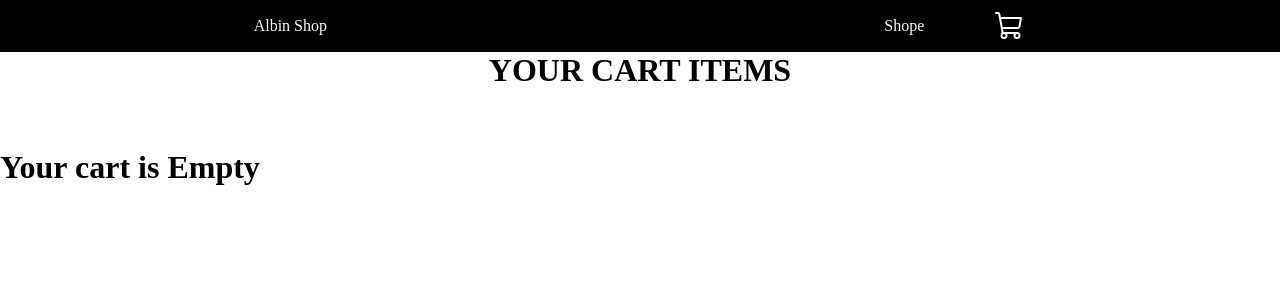
Repository: albinsabu2023/e-commerce-frontend
Page: /cart
The author's editor kept a copy of each file at every save. The page is drawn from the files as they stood at one save, then again after the next save.
The browser window is 1280 px wide. The pictures show the whole page.
The project was rebuilt for these pictures with package versions that can differ from the ones it lists, and the page was loaded fresh each time. Also part of the build but not shown: src/components/pages/Cart/CartItem.css, src/components/pages/Cart/CartCard.jsx, src/Product.css, src/components/Product.jsx, src/components/pages/Shop/Shop.css, src/components/pages/Shop/Shop.jsx.

Above is the page before, as saved 2024-02-11 01:22:39.

### public/index.html
<!DOCTYPE html>
<html lang="en">
  <head>
    <meta charset="utf-8" />
    <link rel="icon" href="%PUBLIC_URL%/favicon.ico" />
    <meta name="viewport" content="width=device-width, initial-scale=1" />
    <meta name="theme-color" content="#000000" />
    <meta
      name="description"
      content="Web site created using create-react-app"
    />
    <link rel="apple-touch-icon" href="%PUBLIC_URL%/logo192.png" />
    <!--
      manifest.json provides metadata used when your web app is installed on a
      user's mobile device or desktop. See https://developers.google.com/web/fundamentals/web-app-manifest/
    -->
    <link rel="manifest" href="%PUBLIC_URL%/manifest.json" />
    <!--
      Notice the use of %PUBLIC_URL% in the tags above.
      It will be replaced with the URL of the `public` folder during the build.
      Only files inside the `public` folder can be referenced from the HTML.

      Unlike "/favicon.ico" or "favicon.ico", "%PUBLIC_URL%/favicon.ico" will
      work correctly both with client-side routing and a non-root public URL.
      Learn how to configure a non-root public URL by running `npm run build`.
    -->
    <link rel="stylesheet" href="./index.css">
    <title>React App</title>
  </head>
  <body>
    <noscript>You need to enable JavaScript to run this app.</noscript>
    <div id="root"></div>
    <!--
      This HTML file is a template.
      If you open it directly in the browser, you will see an empty page.

      You can add webfonts, meta tags, or analytics to this file.
      The build step will place the bundled scripts into the <body> tag.

      To begin the development, run `npm start` or `yarn start`.
      To create a production bundle, use `npm run build` or `yarn build`.
    -->
  </body>
</html>

### src/App.js
import { BrowserRouter as Router, Routes, Route } from "react-router-dom";
import Navbar from "./components/Navbar";
import Cart from "./components/pages/Cart/Cart.jsx";
import Shop from "./components/pages/Shop/Shop.jsx";
import ShopContextProvider from "./context/ShopContext.jsx";
function App() {
  return (
    <div className="App">
      <ShopContextProvider>
        <Router>
          <Navbar className="navBar" />
          <Routes>
            <Route path="/" element={<Shop />} />
            <Route path="/cart" element={<Cart />} />
          </Routes>
        </Router>
      </ShopContextProvider>
    </div>
  );
}

export default App;

### src/components/Navbar.js
import React from "react";
import { Link } from "react-router-dom";
import { ShoppingCart } from "phosphor-react";
import "./NavBar.css";
function Navbar() {
  return (
    <div className="NavBar">
      <div lassName="shopName">
        <Link to="/">Albin Shop</Link>
      </div>

      <div className="navBarEnd">
        <Link to="/">Shope</Link>
        <Link to="/cart">
          <ShoppingCart size={32} />
        </Link>
      </div>
    </div>
  );
}

export default Navbar;

### src/components/pages/Cart/Cart.jsx
import React, { useContext } from "react";
import { PRODUCTS } from "../../../Products";
import { ShopContext } from "../../../context/ShopContext";
import CartCard from "./CartCard";
import "./Cart.css";
import { useNavigate } from "react-router-dom";
function Cart() {
  const { cartItems, getTotalCartAmount } = useContext(ShopContext);
  const tot = getTotalCartAmount();
  const navigate = useNavigate();
  return (
    <div className="cart">
      <div className="cartTitle">
        <h1>Your Cart Items</h1>
      </div>
      <div className="cartItems">
        {PRODUCTS.map((product) => {
          if (cartItems[product.id] !== 0) {
            return <CartCard data={product} />;
          }
        })}
      </div>
      {tot > 0 ? (
        <div className="checkout">
          <p>Total :${tot}</p>
          <button onClick={() => navigate("/")}>Countinue Shopping</button>
          <button>Check out</button>
        </div>
      ) : (
        <h1>Your cart is Empty</h1>
      )}
    </div>
  );
}

export default Cart;

### src/context/ShopContext.jsx
import React, { createContext, useState } from "react";

import { PRODUCTS } from "../Products";
export const ShopContext = createContext(null);
const getDefaultCart = () => {
  let cart = {};
  for (let i = 1; i < PRODUCTS.length + 1; i++) {
    cart[i] = 0;
  }

  return cart;
};

function ShopContextProvider(props) {
  const [cartItems, setCartItems] = useState(getDefaultCart());
  const addToCart = (itemId) => {
    setCartItems((prev) => ({
      ...prev,
      [itemId]: prev[itemId] + 1,
    }));
  };
  const removeFromCart = (itemId) => {
    setCartItems((prev) => ({ ...prev, [itemId]: prev[itemId] - 1 }));
  };
  const updateCartItemCount = (newAmount, itemId) => {
    setCartItems((prev) => ({ ...prev, [itemId]: newAmount }));
  };
  const getTotalCartAmount = () => {
    let tot = 0;
    for (const item in cartItems) {
      if (cartItems[item] > 0) {
        let ItemInfo = PRODUCTS.find((product) => product.id === Number(item));
        tot += cartItems[item] * ItemInfo.price;
      }
    }
    return tot;
  };
  const contextValue = {
    cartItems,
    addToCart,
    removeFromCart,
    updateCartItemCount,
    getTotalCartAmount,
  };

  return (
    <ShopContext.Provider value={contextValue}>
      {props.children}
    </ShopContext.Provider>
  );
}

export default ShopContextProvider;

### src/components/NavBar.css
.NavBar{
    background-color: black;
    padding: 10px;
    display: flex;
    align-items: center;
    justify-content: space-around;

}

.shopName{
    justify-self: flex-start;
}
.NavBar  a{
    display: flex;
    align-items: center;
    text-decoration: none;
    color: white;


}
.navBarEnd {
    display: flex;
}

.navBarEnd a{
    margin-left: 70px;
}

### src/Products.js
import p1 from "./assets/1.png";
import p2 from "./assets/2.png";
import p3 from "./assets/3.png";
import p4 from "./assets/4.png";
import p5 from "./assets/5.png";
import p6 from "./assets/6.webp";
import p7 from "./assets/7.webp";
import p8 from "./assets/8.webp";

export const PRODUCTS = [
  {
    id: 1,
    productName: "Iphone",
    price: 999,
    productImage: p1,
  },
  {
    id: 2,
    productName: "MacBook",
    price: 99901,
    productImage: p2,
  },
  {
    id: 3,
    productName: "Canon M50",
    price: 8999,
    productImage: p3,
  },
  {
    id: 4,
    productName: "ELS Jacket",
    price: 228,
    productImage: p4,
  },
  {
    id: 5,
    productName: "Led Llight string",
    price: 19.9,
    productImage: p5,
  },
  {
    id: 6,
    productName: "Spectrum ls Tee",
    price: 68.9,
    productImage: p6,
  },
  {
    id: 7,
    productName: "Shirt Golf Wang",
    price: 190,
    productImage: p7,
  },
  {
    id: 8,
    productName: "Dont'trip unstructured",
    price: 40.0,
    productImage: p8,
  },
];

### src/components/pages/Cart/Cart.css
.cart {
    display: flex;
    flex-direction: column;
    overflow-y:scroll;

}
.cartTitle{
    font-weight: bold;
     text-align: center;
      text-transform: uppercase;
}



.cartItems {
    display: grid;
    grid-template-columns: repeat(auto-fit, minmax(300px, 1fr));
    grid-gap: 40px;
    margin: 30px;

}
.checkout{
    background-color: black;
    display: flex;
    color: white;
    padding:20px;
    align-items: center;
   justify-content: space-evenly;
    position: fixed;
    bottom: 0;
    width: 100%;
    z-index: 1;

}
.checkout p{
    background-color: white;
    color: black;
    font-weight: bold;
    padding: 10px 15px;
    border-radius: 20px;
    overflow-x: scroll;

}
.checkout button{


    margin:2px 30px;
    border:none;
    padding: 10px 15px;
    border-radius: 15px;
    font-weight: bold;
    background-color: rgb(4, 114, 79);
    color: white;
    cursor: pointer;
}
.checkout button:hover {
   background-color: rgb(1, 146, 100);

}

Loaded but not shown: src/index.js (common file); public/index.css (common file)

After the next save:
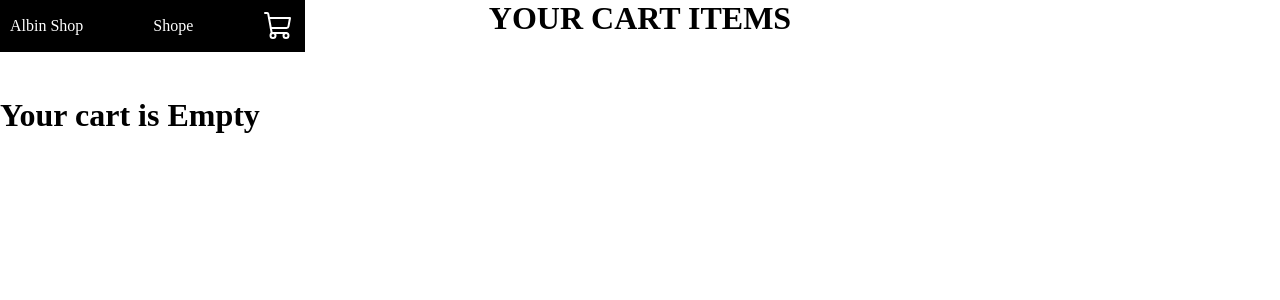
Saved 54 s later.
--- a/src/components/NavBar.css
+++ b/src/components/NavBar.css
@@ -4,7 +4,9 @@
     display: flex;
     align-items: center;
     justify-content: space-around;
-
+    z-index: 1;
+    position: fixed;
+    top: 0;
 }
 
 .shopName{
